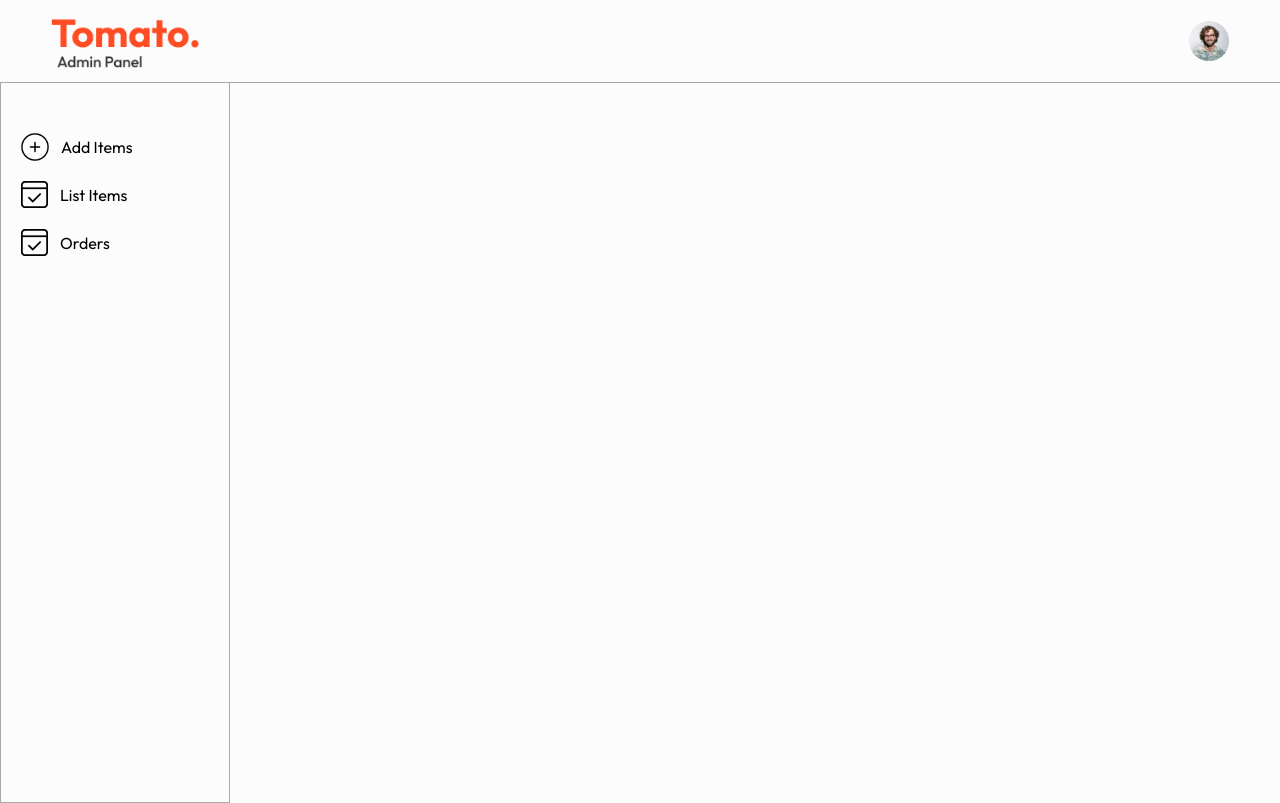
Repository: sodmaq/food-delivery
Page: / (app in admin/)
The author's editor kept a copy of each file at every save. The page is drawn from the files as they stood at one save, then again after the next save.
The browser window is 1280 px wide. The pictures show the whole page.
The project was rebuilt for these pictures with package versions that can differ from the ones it lists, and the page was loaded fresh each time. Also part of the build but not shown: admin/vite.config.js.

Above is the page before, as saved 2024-09-29 17:54:25.

After the next save:
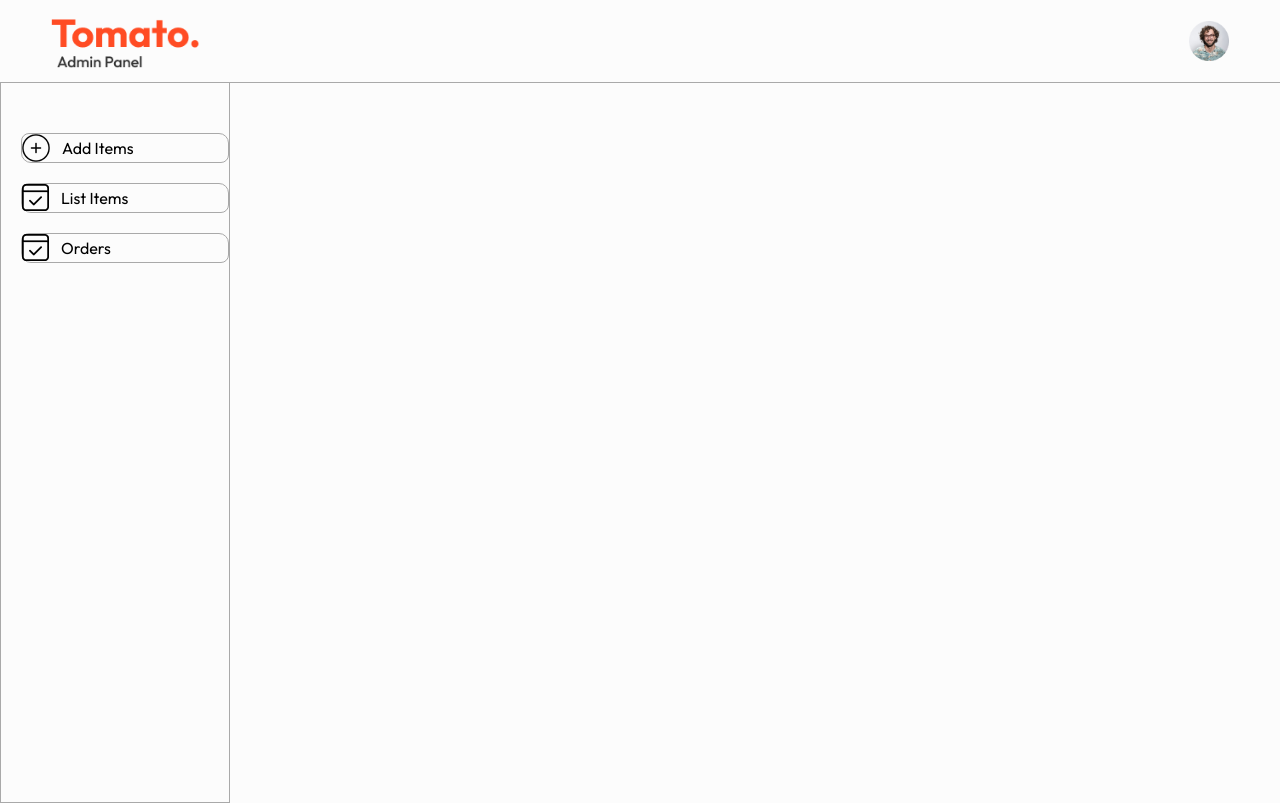
Saved 42 s later.
--- a/admin/src/components/sidebar/SideBar.css
+++ b/admin/src/components/sidebar/SideBar.css
@@ -18,6 +18,9 @@
   display: flex;
   align-items: center;
   gap: 12px;
+  border: 1px solid #a9a9a9;
+  border-radius: 8px 10px;
+  border-radius: ;
   cursor: pointer;
   transition: 0.2s;
 }

After the save that followed:
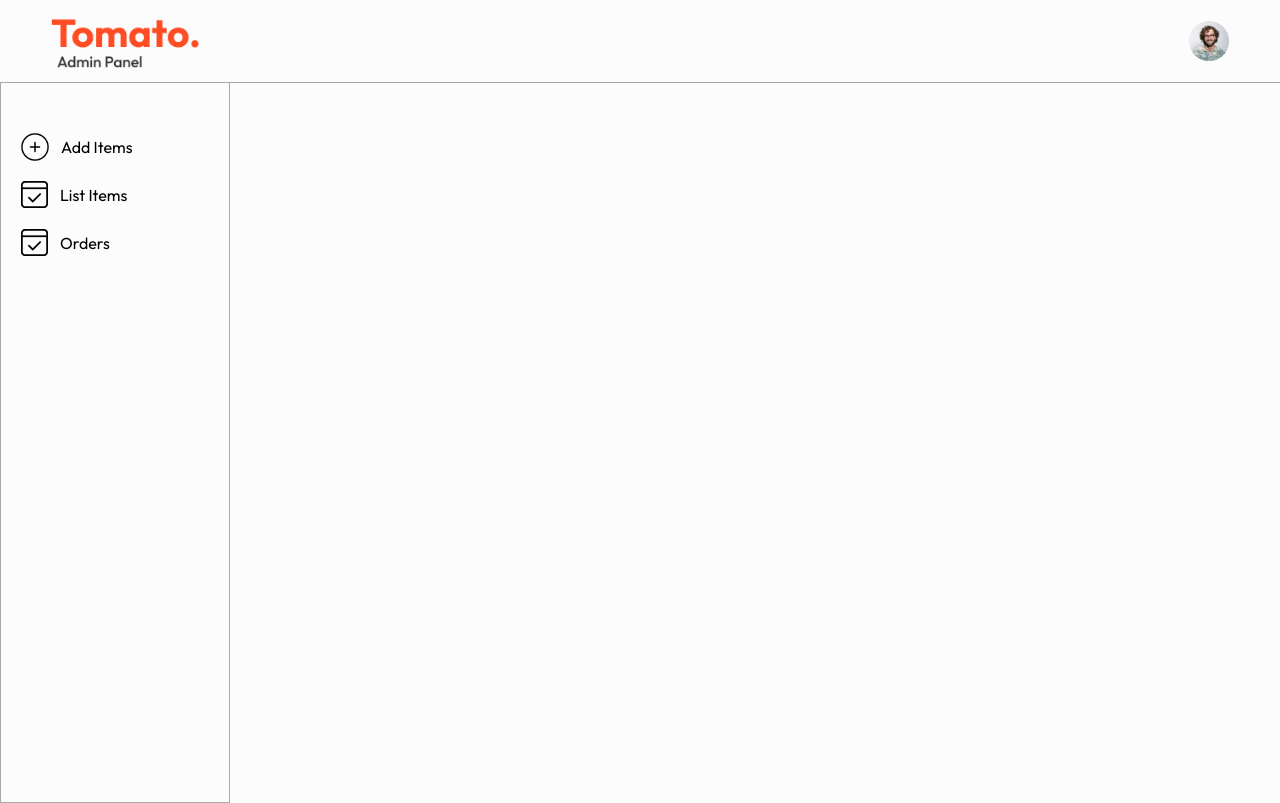
Saved 35 s later.
--- a/admin/src/components/sidebar/SideBar.css
+++ b/admin/src/components/sidebar/SideBar.css
@@ -19,8 +19,9 @@
   align-items: center;
   gap: 12px;
   border: 1px solid #a9a9a9;
+  border: 0;
   border-radius: 8px 10px;
-  border-radius: ;
+  border-radius: 3px 0px 0px 3px;
   cursor: pointer;
   transition: 0.2s;
 }
